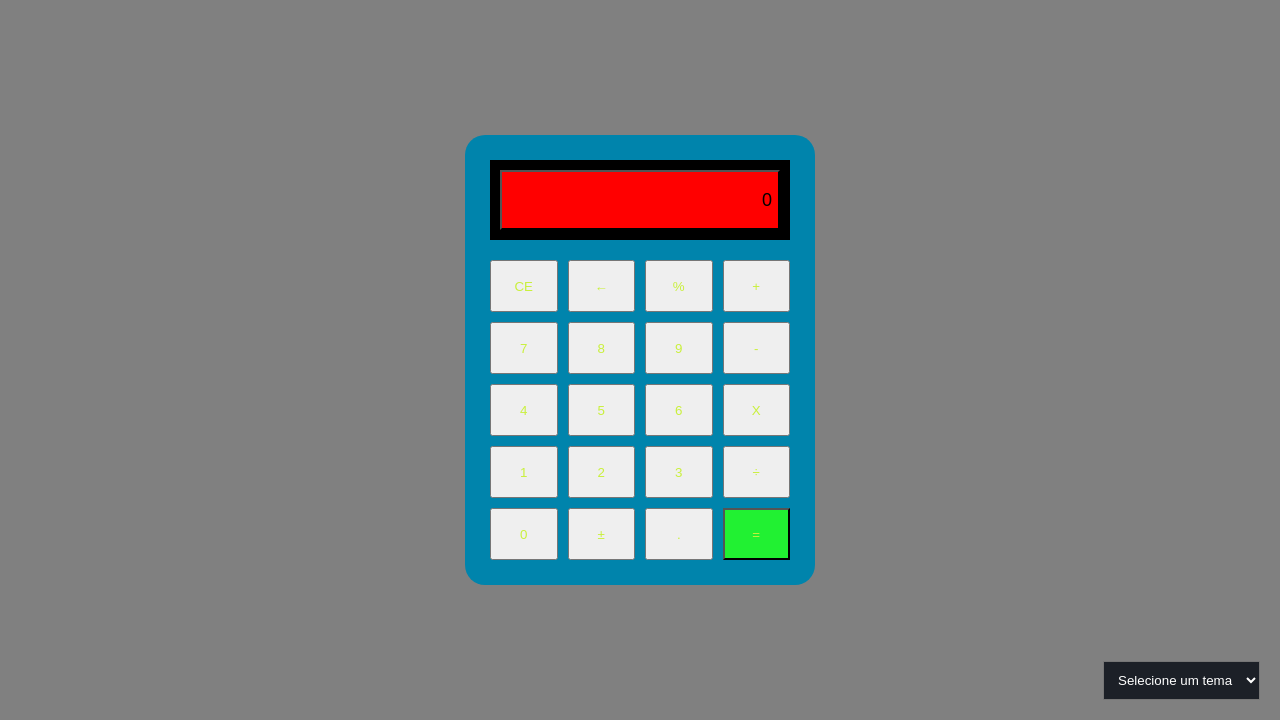
Repository: thislucasme/changing-theme-color-html-css-js
Page: index.html
The author's editor kept a copy of each file at every save. The page is drawn from the files as they stood at one save, then again after the next save.
The browser window is 1280 px wide. The pictures show the whole page.

Above is the page before, as saved 2022-06-29 16:45:10.

### index.html
<!DOCTYPE html>
<html lang="pt_BR">

<head>
    <meta charset="UTF-8">
    <meta http-equiv="X-UA-Compatible" content="IE=edge">
    <meta name="viewport" content="width=device-width, initial-scale=1.0">
    <title>Atividade 22 - Calculadora Javascript</title>
    <link href="css/estilo.css" rel="stylesheet"/>
</head>

<body>
    <div class="calculadora">
        <div class="painel" >
            <div class="operacao" ></div>
            <div class="resultado"></div>
            <button id="resultado"  name="resultado">0</button>
        </div>

        <div class="botoes">
            <button class="botao" id="apagar" onclick="limpar(0)">CE</button>
            <button class="botao" id="apagar" onclick="apagarUltimo()">&#8592;</button>
            <button class="botao" id="porcentagem" onclick="porcentagem()">%</button>
            <button class="botao" id="soma" onclick="verificarSinal('+')">+</button>
            <button class="botao" id="sete" onclick="pegarNumero(7)">7</button>
            <button class="botao" id="oito" onclick="pegarNumero(8)">8</button>
            <button class="botao" id="nove" onclick="pegarNumero(9)">9</button>
            <button class="botao" id="subtrair" onclick="verificarSinal('-')">-</button>
            <button class="botao" id="quatro" onclick="pegarNumero(4)">4</button>
            <button class="botao" id="cinco" onclick="pegarNumero(5)">5</button>
            <button class="botao" id="seis" onclick="pegarNumero(6)">6</button>
            <button class="botao" id="multiplicar" onclick="verificarSinal('x')">X</button>
            <button class="botao" id="um" onclick="pegarNumero(1)">1</button>
            <button class="botao" id="dois" onclick="pegarNumero(2)">2</button>
            <button class="botao" id="3" onclick="pegarNumero(3)">3</button>
            <button class="botao" id="dividir" onclick="verificarSinal('/')">&#247;</button>
            <button class="botao" id="0" onclick="pegarNumero(0)">0</button>
            <button class="botao" id="mais/menos" onclick="mudarSinal()">&#177;</button>
            <button class="botao" id="virgula" onclick="colocarPonto()">.</button>
            <button class="botao" id="igual" onclick="darResultado()">=</button>
        </div>
    </div>
    <select name="tema" id="tema" >
        <option value="tema-padrao">Selecione um tema</option>
        <option value="tema-1">Tema 1</option>
        <option value="tema-2">Tema 2</option>
        <option value="tema-3">Tema 3</option>
        <option value="tema-4">Tema 4</option>
        <option value="tema-5">Tema 5</option>
    </select>
</body>

<script src="js/script.js" ></script>

</html>

### css/estilo.css
body {
    background-color: grey;
}

html {
    margin: 0;
    padding: 0;
    height: 100vh;
    display: flex;
    justify-content: center;
    align-items: center;
}

.tema-padrao {
    --background-tela: rgb(20, 187, 118);
    --calculadora-color: #0084ac;
    --font-color: #c9f03c;
    --visor-color: #000000;
    --visor-interno-color: #9b0e6c;
    --cor-botao-igual: rgb(33, 241, 50);

}

.tema-1 {
    --background-tela: rgb(230, 69, 221);
    --calculadora-color: blue;
    --font-color: #c70909;
    --visor-color: #000000;
    --visor-interno-color: #696969;
    --cor-botao-igual: rgb(210, 241, 33);
}

.theme-dark {
    --background-tela: rgb(233, 134, 54);
    --calculadora-color: #243133;
    --font-color: #ffffff;
    --visor-color: #000000;
    --visor-interno-color: #575107;
    --cor-botao-igual: rgb(238, 61, 61);
}

.calculadora {
    width: 300px;
    height: 400px;
    background-color: var(--calculadora-color);
    border-radius: 20px;
    padding: 25px;
    display: flex;
    flex-direction: column;

}

#igual {
    background-color: var(--cor-botao-igual);
}

.botao {
    color: var(--font-color);
}


.painel {
    height: 80px;
    width: 100%;
    background-color: var(--visor-color);
    margin-bottom: 20px;
    font-family: 'LCDMono2 Bold', monospace;
    color: rgba(0, 0, 0, 0.6);
    text-shadow: 4px 4px 3px rgb(0 0 0 / 30%);
    padding: 10px;
    box-sizing: border-box;
    text-align: right;
}

#resultado {
    background-color: red;
    height: 60px;
    width: 100%;
    text-align: right;
    font-size: 18px;
}

.botoes {

    display: grid;
    grid-template-columns: repeat(4, 1fr);
    grid-template-rows: repeat(5, 1fr);
    gap: 10px;
    flex: 1;
}

.botoes a {

    background-color: #666;
    text-decoration: none;
    color: black;
    text-align: center;
    font-size: 1.5em;
    display: flex;
    justify-content: center;
    align-items: center;
}

.btn-igual {
    grid-row-start: 4;
    grid-row-end: 6;
    grid-column-start: 4;

}

.btn-c {
    grid-column-start: 1;
    grid-column-end: 3;
}

.btn-0 {
    grid-column-start: 1;
    grid-column-end: 3;
}

#tema {
    background-color: rgb(28, 32, 39);
    color: white;
    padding: 10px;
    position: fixed;
    bottom: 20px;
    right: 20px;
}

#tema>option:hover {
    box-shadow: 0 0 10px 100px #a86218 inset;

}



@font-face {
    font-family: 'LCDMono2 Bold';
    font-style: normal;
    font-weight: normal;
    src: local('LCDMono2 Bold'), url('../fonts/LCDM2B__.woff') format('woff');
}

### js/script.js
const nmrTela = document.getElementById("resultado")
var valoresEspaco = '';
var valores = []
window.addEventListener("keydown", teclado);



function pegarNumero(numero) {
    if (nmrTela.innerHTML == "0") {
        nmrTela.innerHTML = numero
    }
    else {
        nmrTela.innerHTML += `${numero}`
    }
}

function verificarSinal(sinal) {
    if (valores.length <= 1) {
        valoresEspaco = nmrTela.innerHTML.split(' ')
        valores.push(parseFloat(nmrTela.innerHTML))
        nmrTela.innerHTML += ` ${sinal} `
        valores.push(sinal)
    }
}

function porcentagem() {
    var caracteres = nmrTela.innerHTML.split(' ')
    console.log(caracteres.length, caracteres)
    if (caracteres.length == 3) {
        var valorPorCento = parseFloat(caracteres[2]) / 100
        var caracteresValor2 = caracteres[2].split('')
        if (caracteresValor2.length != 0) {
            if (caracteresValor2[caracteresValor2.length - 1] != "%") {
                nmrTela.innerHTML += '%'
            }
            valores.push(valorPorCento)
        }
    }
}

function colocarPonto() {
    var caracteresDaConta = []
    var caracteresValor1 = []
    var caracteresValor2 = []
    caracteresDaConta.push(nmrTela.innerHTML.trim().split(' '))//separa entre valor 1, operação e valor2
    caracteresValor1.push(caracteresDaConta[0][0].split(''))//separa cada caractere do valor 1

    if (caracteresDaConta[0].length == 3) {
        caracteresValor2.push(caracteresDaConta[0][2].split(''))//se exister 3 posições, separa cada caractere do valor 2
        verificarSeExistePonto(caracteresValor2)
    }

    verificarSeExistePonto(caracteresValor1)

    function verificarSeExistePonto(caracteresValor) {
        for (let i in caracteresValor[0]) {
            if (caracteresValor[0][i] == '.') {
                var acumuladora = '.'
            }
        }

        if (!(acumuladora == '.')) {
            nmrTela.innerHTML += '.'
        }
    }
}

function mudarSinal() {
    const caracteresDaConta = nmrTela.innerHTML.trim().split(' ')
    let caracteresValor1 = caracteresDaConta[0].split('')
    let valor1 = ''
    let valor2 = ''

    if (caracteresDaConta.length == 3) {
        var caracteresValor2 = caracteresDaConta[2].split('')

        if (caracteresValor2[0] == '-') {
            caracteresValor2.shift()
            imprimirValor(caracteresValor2, valor2, caracteresDaConta)
        }
        else {
            caracteresValor2.unshift('-')
            imprimirValor(caracteresValor2, valor2, caracteresDaConta);
        }
    }

    if (valores.length == 0) {
        if (caracteresValor1[0] == "-") {
            caracteresValor1.shift()
            imprimirValor(caracteresValor1, valor1)
        }
        else {
            caracteresValor1.unshift('-')
            imprimirValor(caracteresValor1, valor1)
        }
    }

    function imprimirValor(caracteresValor, valorNumero, caracteresConta) {
        caracteresValor.forEach(valor => {
            valorNumero += valor;
        })
        if (caracteresConta != undefined) {
            nmrTela.innerHTML = `${caracteresConta[0]} ${caracteresConta[1]} ${valorNumero}`
        }
        else {
            nmrTela.innerHTML = valorNumero
        }
    }
}

function darResultado() {
    var resultado = 0
    var operacao = valores[1]
    if (operacao == '-') {
        tratarResultado('-')
    }
    else if (operacao == '+') {
        tratarResultado('+')
    }
    else if (operacao == 'x') {
        tratarResultado('*')
    }
    else if (operacao == '/') {
        tratarResultado('/')
    }
    valores.splice(0, 3)

    function tratarResultado(operacao) {
        valoresEspaco = nmrTela.innerHTML.split(' ')
        valores.push(valoresEspaco[2])
        switch (operacao) {
            case '-':
                resultado = parseFloat(valores[0]) - parseFloat(valores[2])
                limpar(resultado)
                break;
            case '+':
                resultado = parseFloat(valores[0]) + parseFloat(valores[2])
                limpar(resultado)
                break;
            case '*':
                resultado = parseFloat(valores[0]) * parseFloat(valores[2])
                limpar(resultado)
                break;
            case '/':
                resultado = parseFloat(valores[0]) / parseFloat(valores[2])
                limpar(resultado)
                break;
        }
    }
}

function limpar(valor) {
    valores.splice(0, 3)
    nmrTela.innerHTML = valor
}

function apagarUltimo() {
    var caracteres = nmrTela.innerHTML.trim().split('')
    var arrayCaracteresTela = ""
    caracteres.pop()
    for (let i in caracteres) { arrayCaracteresTela += caracteres[i] }
    if ((arrayCaracteresTela == []) || (arrayCaracteresTela == '-')) {
        nmrTela.innerHTML = 0
    }
    else {
        nmrTela.innerHTML = arrayCaracteresTela
    }

    if (caracteres.length == 0) {
        valores.pop()
        valores.pop()
    }
}

function teclado() {
    const numbers = '0123456789'
    const operadores = '+-/x'
    var tecla = event.key
    if (numbers.includes(tecla)) {
        pegarNumero(tecla)
    }
    else if (operadores.includes(tecla)) {
        verificarSinal(tecla)
    }
    else switch (tecla) {
        case '*':
            verificarSinal('x')
            break;
        case '%':
            porcentagem()
            break;
        case '.':
        case ',':
            colocarPonto();
            break;
        case '=':
        case 'Enter':
            darResultado();
            break;
        case 'Backspace':
            apagarUltimo()
            break;
        case 'Escape':
            limpar(0);
            break;
    }
}

const options = document.getElementById("tema");

//definir o tema padrão
document.documentElement.className = "tema-padrao";

options.addEventListener("change", function () {
    if (options.value) {
        if (options.value === "tema-1") {
            document.documentElement.className = options.value;
        }
        if (options.value === "tema-2") {
            document.documentElement.className = options.value;
        }
        if (options.value === "tema-3") {
            console.log("tema 3")
        }
        if (options.value === "tema-4") {
            console.log("tema 4")
        }
    }
});

After the next save:
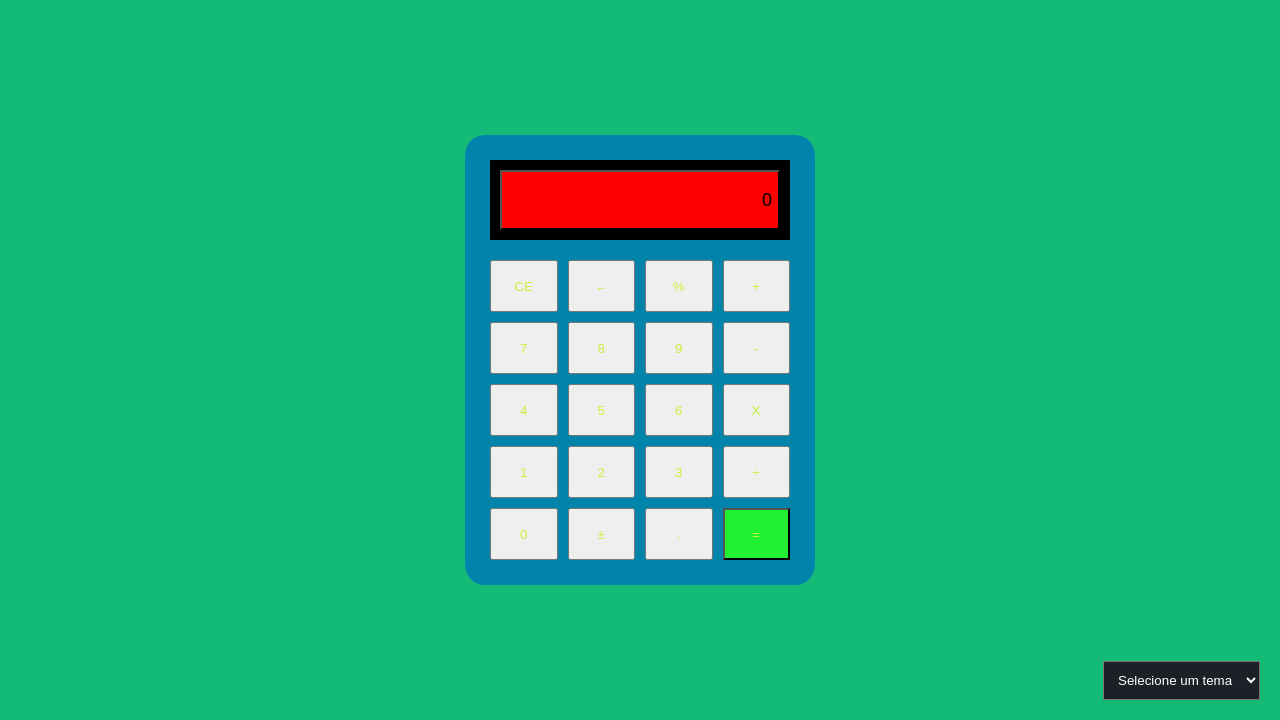
Saved 12 s later.
--- a/css/estilo.css
+++ b/css/estilo.css
@@ -1,5 +1,5 @@
 body {
-    background-color: grey;
+    background-color: var(--background-tela);
 }
 
 html {
